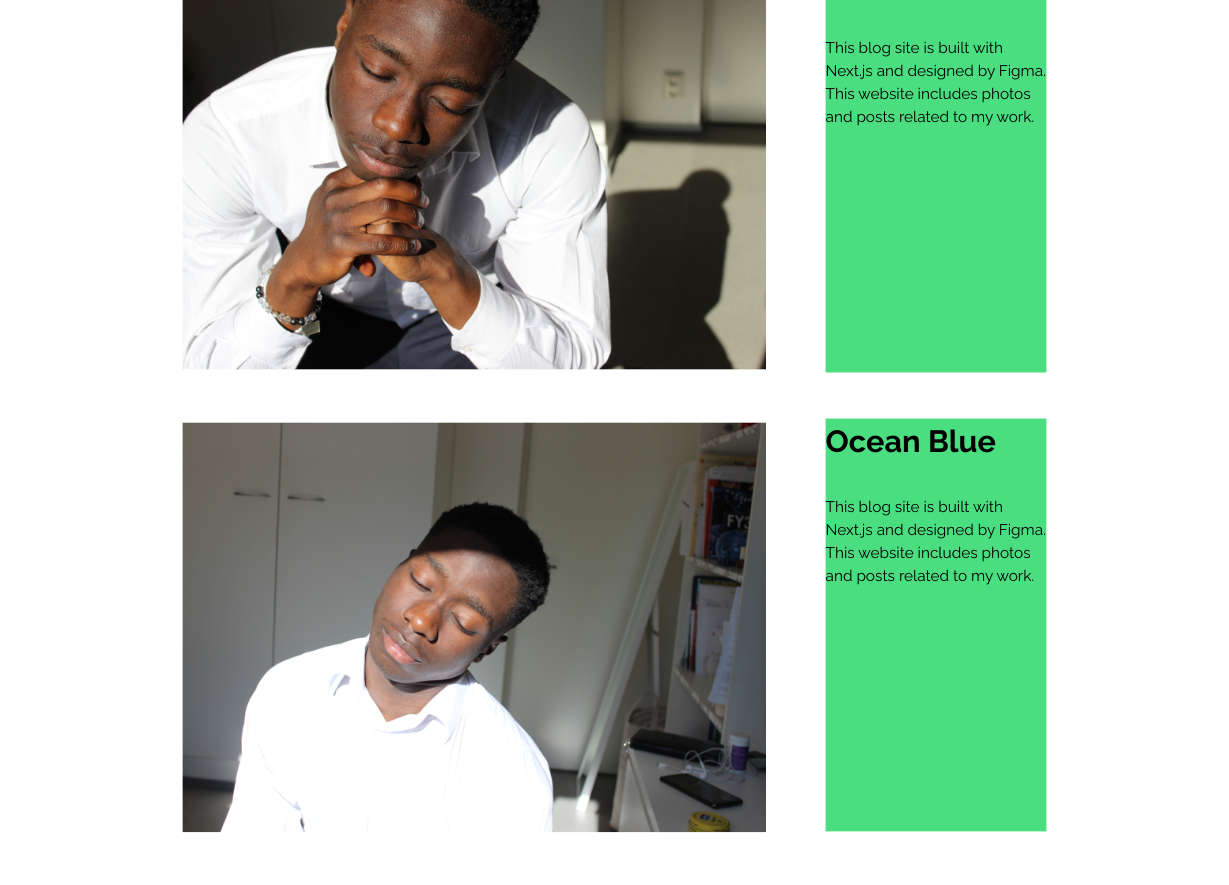
Repository: Graquick/Blog
Page: /photos
An editor plug-in stored every save of this project. The page is shown before and after the next save, followed by the edit.
The browser window is 1280 px wide. The pictures show the whole page, at 96% of full size.
The project was rebuilt for these pictures with package versions that can differ from the ones it lists, and the page was loaded fresh each time. The framework's server and built-in components were replaced by stand-ins that run in the browser. Also part of the build but not shown: next.config.js, components/Footer.js.

Above is the page before, as saved 2022-07-07 14:26:20.

After the next save:
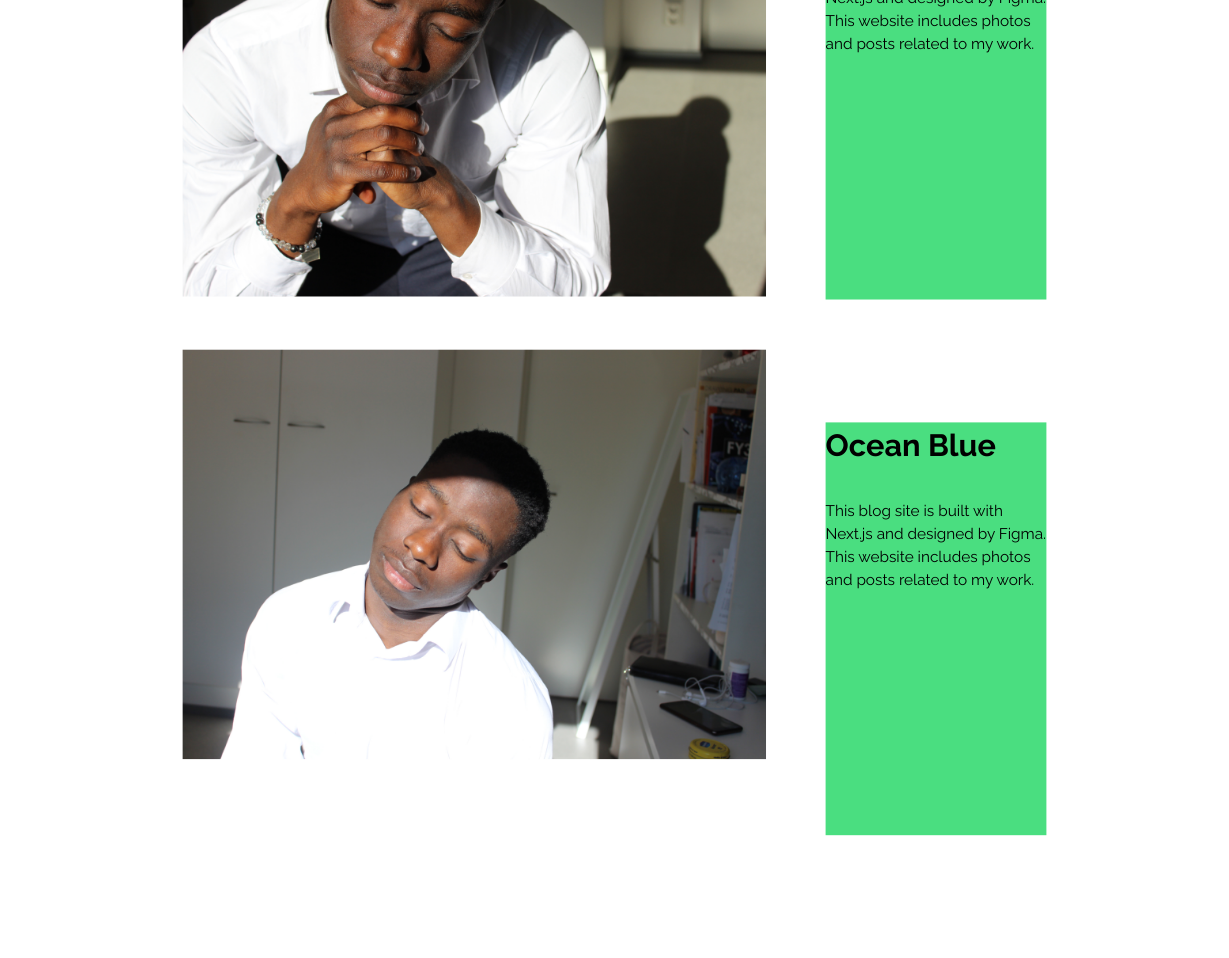
Saved 17 s later.
--- a/pages/photos.js
+++ b/pages/photos.js
@@ -51,7 +51,7 @@ export default function Photos() {
 
               <div>
                 {desc.map((desc, i) => (
-                  <div key={i} className="w-[230px] h-[430px] bg-green-400 flex flex-col gap-8 mb-12">
+                  <div key={i} className="w-[230px] h-[430px] bg-green-400 flex flex-col gap-8 mb-32">
                     <h1 className="text-[2rem] font-bold w-fit">{desc.title}</h1>
                     <p>{desc.text}</p>
                   </div>
